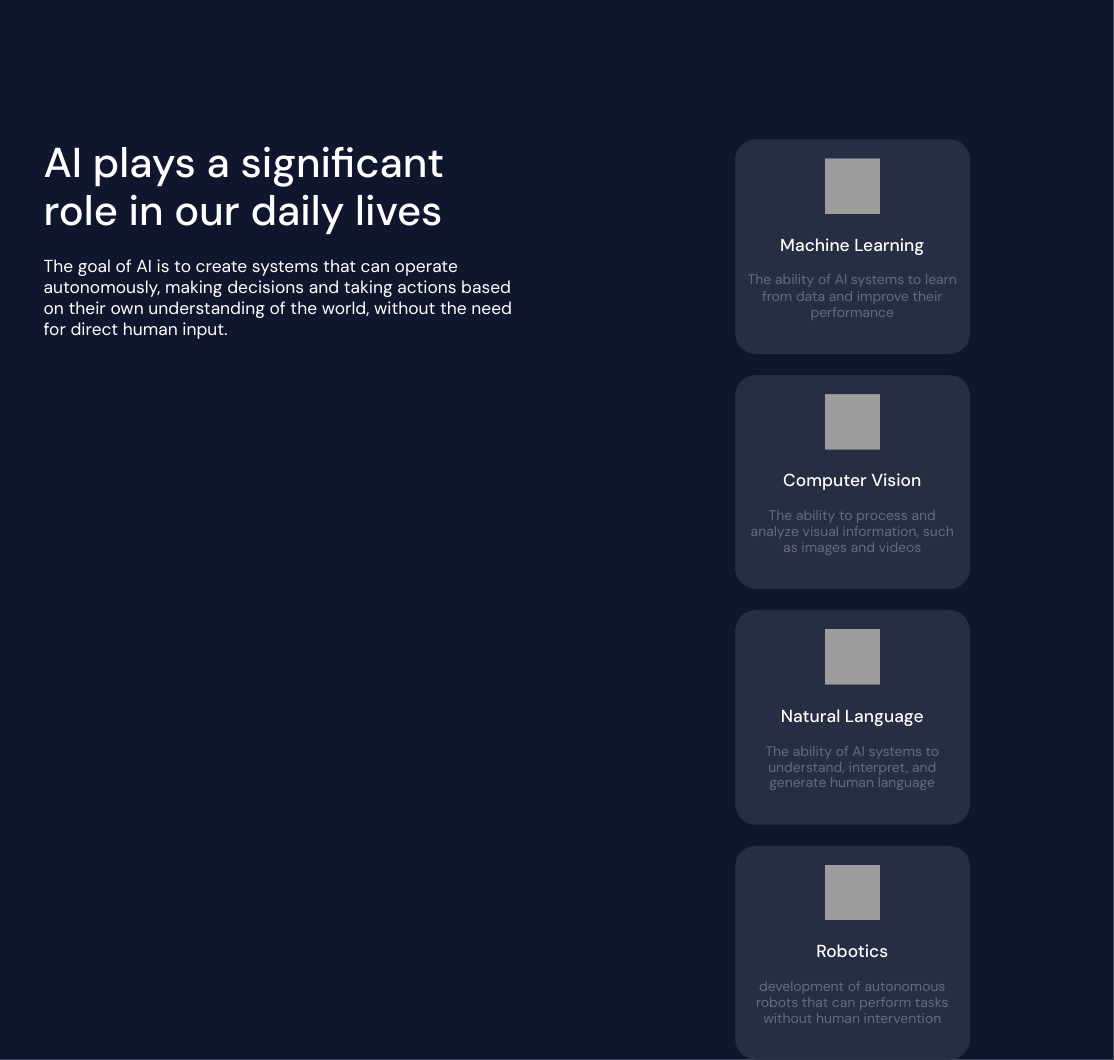
Repository: guli95/four-areas-of-AI-INVO-ACAdemy
Page: /
The author's editor kept a copy of each file at every save. The page is drawn from the files as they stood at one save, then again after the next save.
The browser window is 1280 px wide. The pictures show the whole page, at 87% of full size.
Pictures or frames that could not be fetched are drawn as grey boxes. The project was rebuilt for these pictures with package versions that can differ from the ones it lists, and the page was loaded fresh each time.

Above is the page before, as saved 2023-03-13 15:25:18.

After the next save:
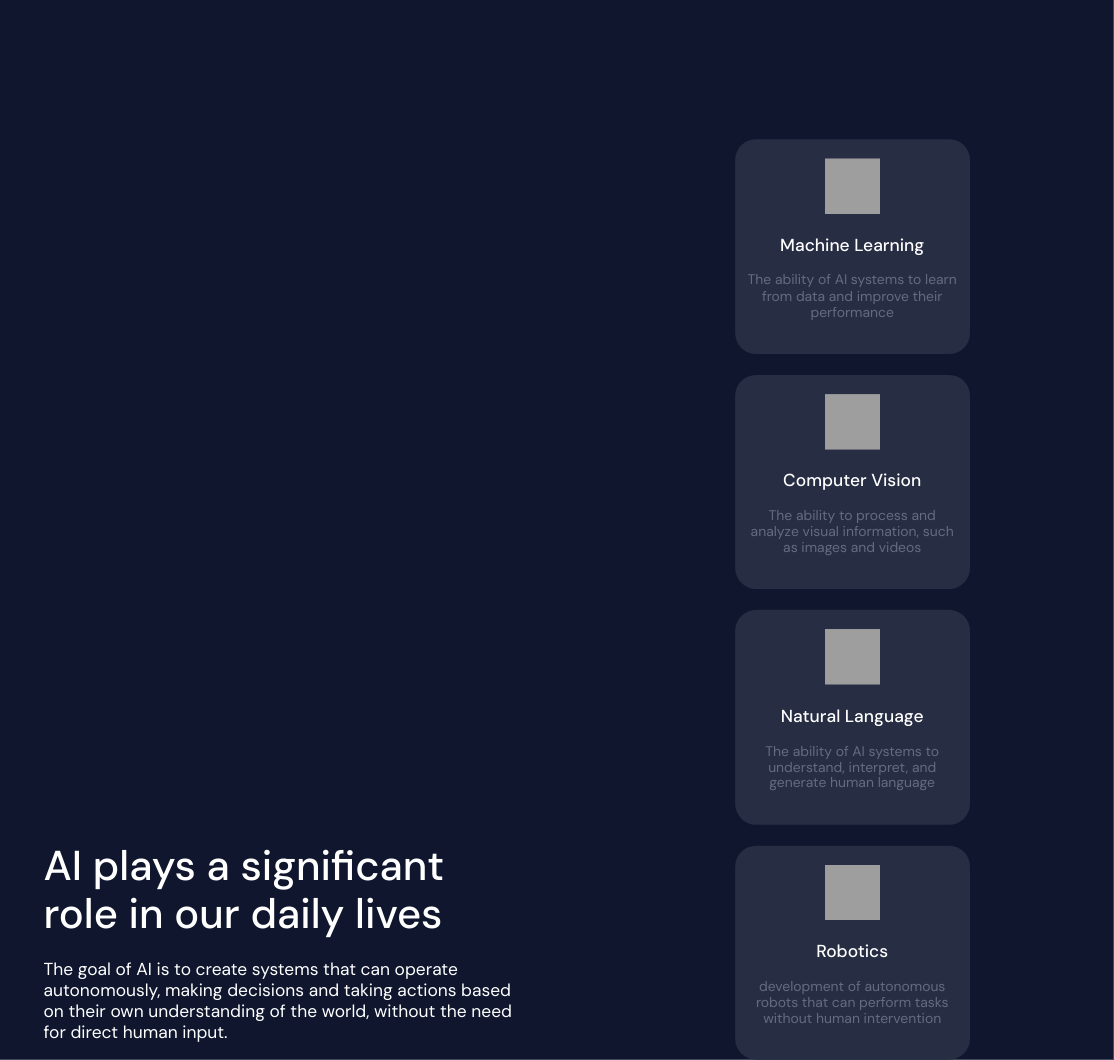
Saved 33 s later.
--- a/src/pages/home-page/styles/home-page.scss
+++ b/src/pages/home-page/styles/home-page.scss
@@ -24,6 +24,7 @@
     }
     .heading-wrapper{
         font-family: "DM Sans", sans-serif;
+        align-self: flex-end;
         text-align: left ;
         vertical-align: top;
         max-width: 540px;

After the save that followed:
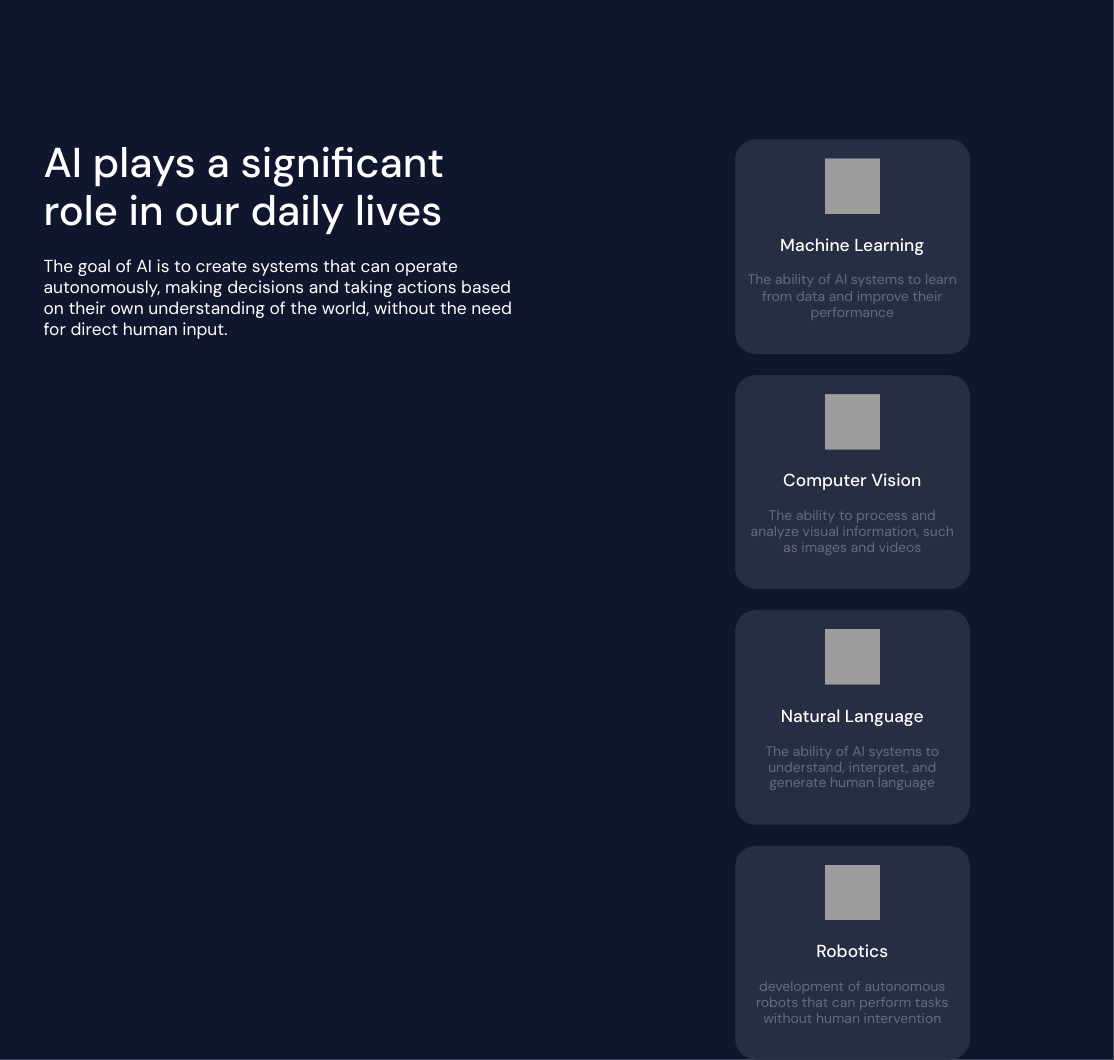
Saved 10 s later.
--- a/src/pages/home-page/styles/home-page.scss
+++ b/src/pages/home-page/styles/home-page.scss
@@ -24,7 +24,7 @@
     }
     .heading-wrapper{
         font-family: "DM Sans", sans-serif;
-        align-self: flex-end;
+        justify-self: flex-end;
         text-align: left ;
         vertical-align: top;
         max-width: 540px;
